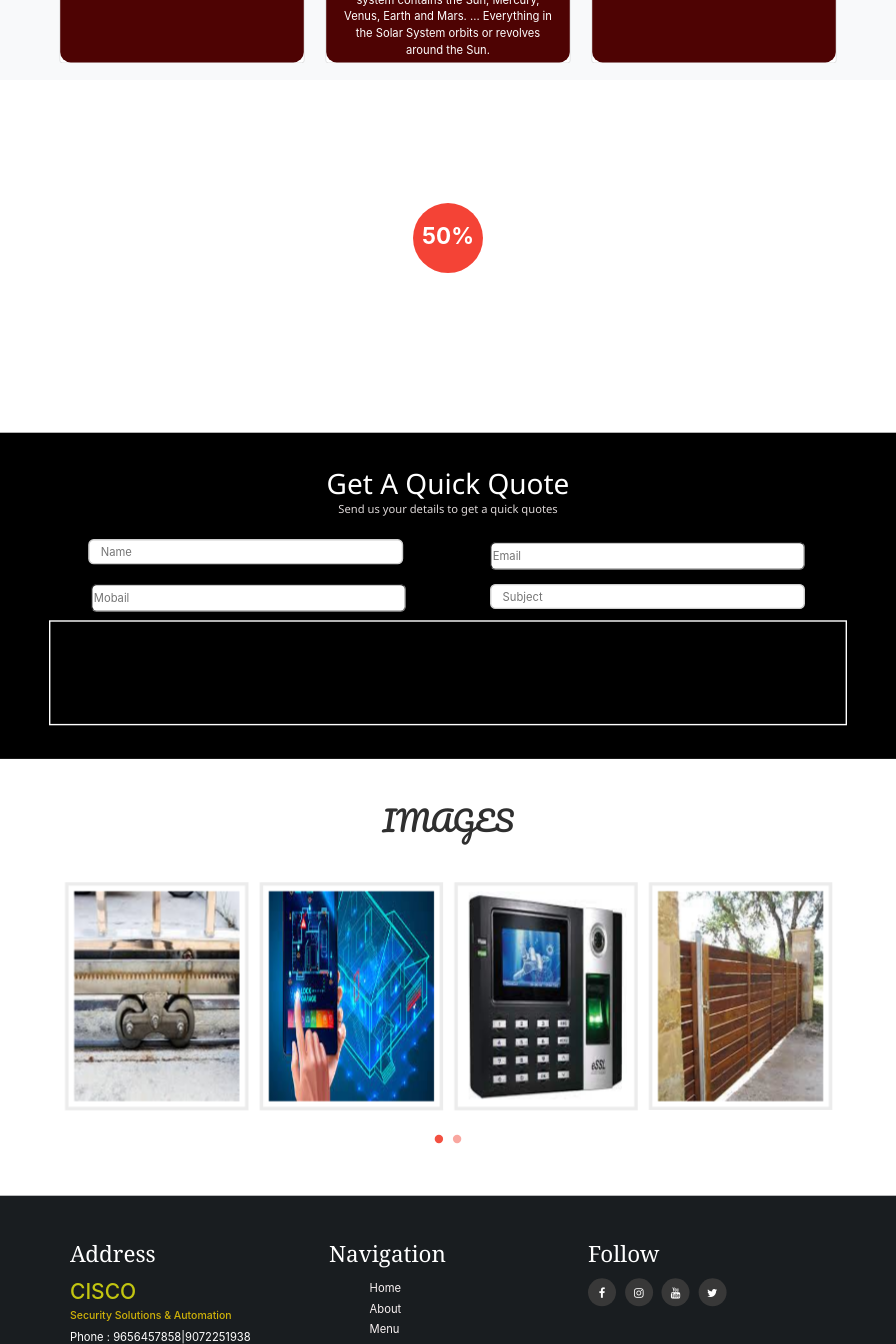
Repository: Nuhman123/Cisco
Page: index.html
An editor plug-in stored every save of this project. The page is shown before and after a run of saves, followed by the edit.
The browser window is 1280 px wide. The pictures show the part of the page from y = 1803 to 3723 px (the page is 3958 px tall), at 70% of full size.

Above is the page before, as saved 2021-04-10 16:27:52.

After the next 7 saves:
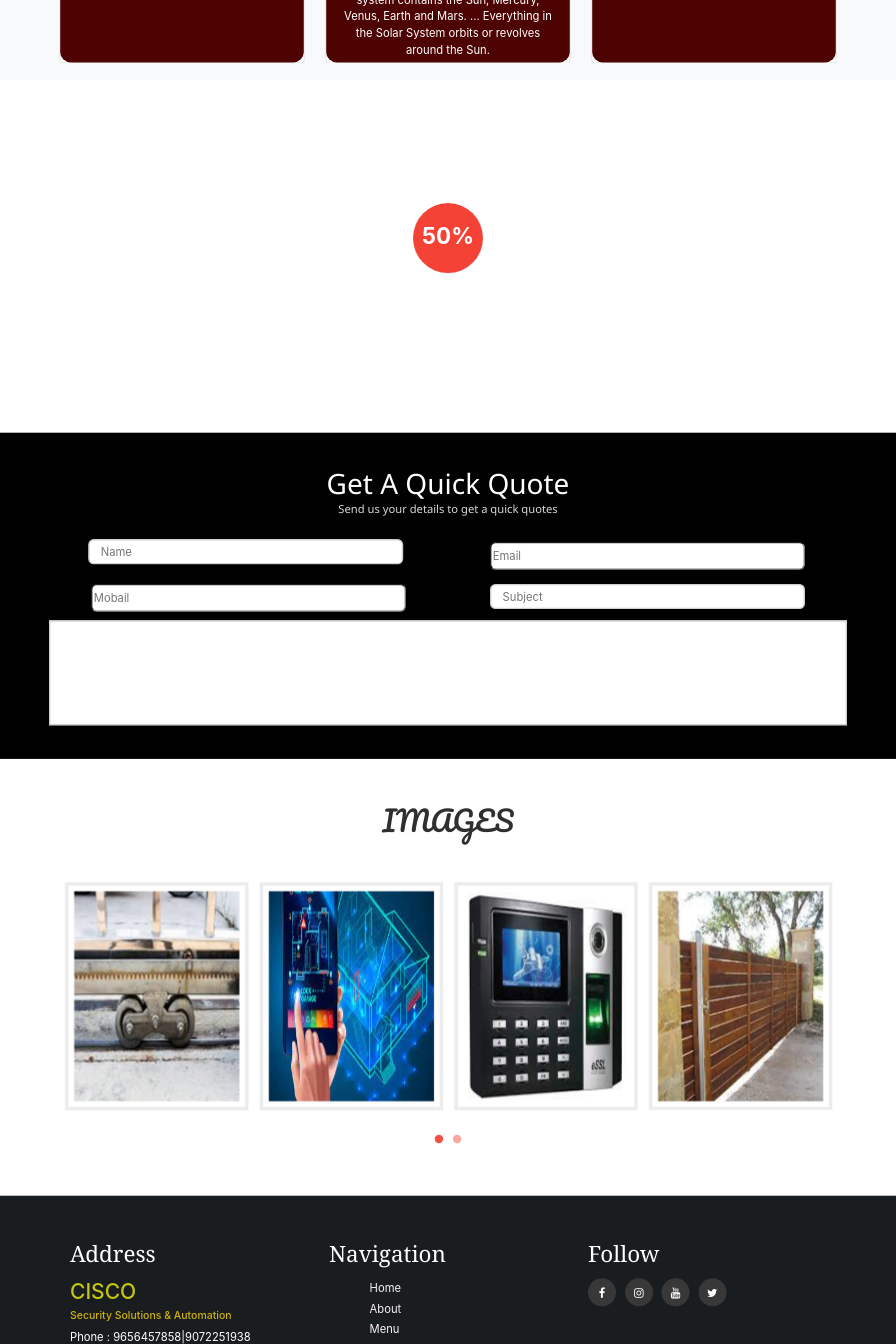
The 7 saves are shown as one change because they came seconds apart.
The last was saved 42 s later.
--- a/index.html
+++ b/index.html
@@ -335,7 +335,7 @@
 					<div class="col-xs-12 col-sm-12 col-md-12 col-lg-6">
 						<input type="text" placeholder="Subject" style="width: 450px;background: white;margin: 12px; height: 30px;border-radius: 8px;">
 					</div>
-					<textarea class="col-xs-12" style="border-color: white;"></textarea>
+					<textarea class="col-xs-12" style="background: white;"></textarea>
 				</div>
 			  </form>
 		</div>
